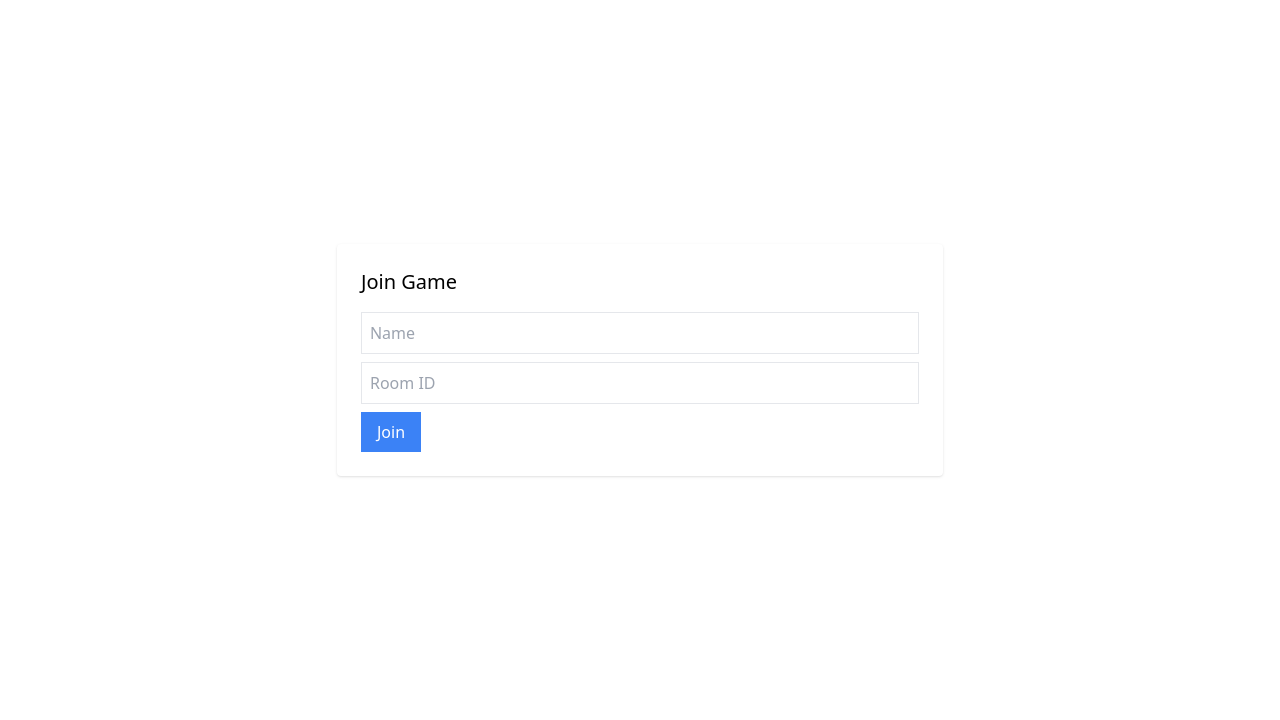
Repository: arpit-925/skibble.io
Page: / (app in client/)
These files come from the project's save history. The page is drawn as it stood at one moment and after the next save; the edit follows.
The browser window is 1280 px wide. The pictures show the whole page.
The page's requests for data from a server got no answer. The project was rebuilt for these pictures with package versions that can differ from the ones it lists, and the page was loaded fresh each time. No one was signed in, and anything a server would have sent is missing. Also part of the build but not shown: client/vite.config.js, client/src/socket/socket.js, client/src/hooks/useSocket.js, client/src/components/Canvas.jsx, client/src/components/Chat.jsx, client/src/components/Scoreboard.jsx, client/src/pages/Room.jsx.

Above is the page before, as saved 2026-04-14 00:56:19.

After the next save:
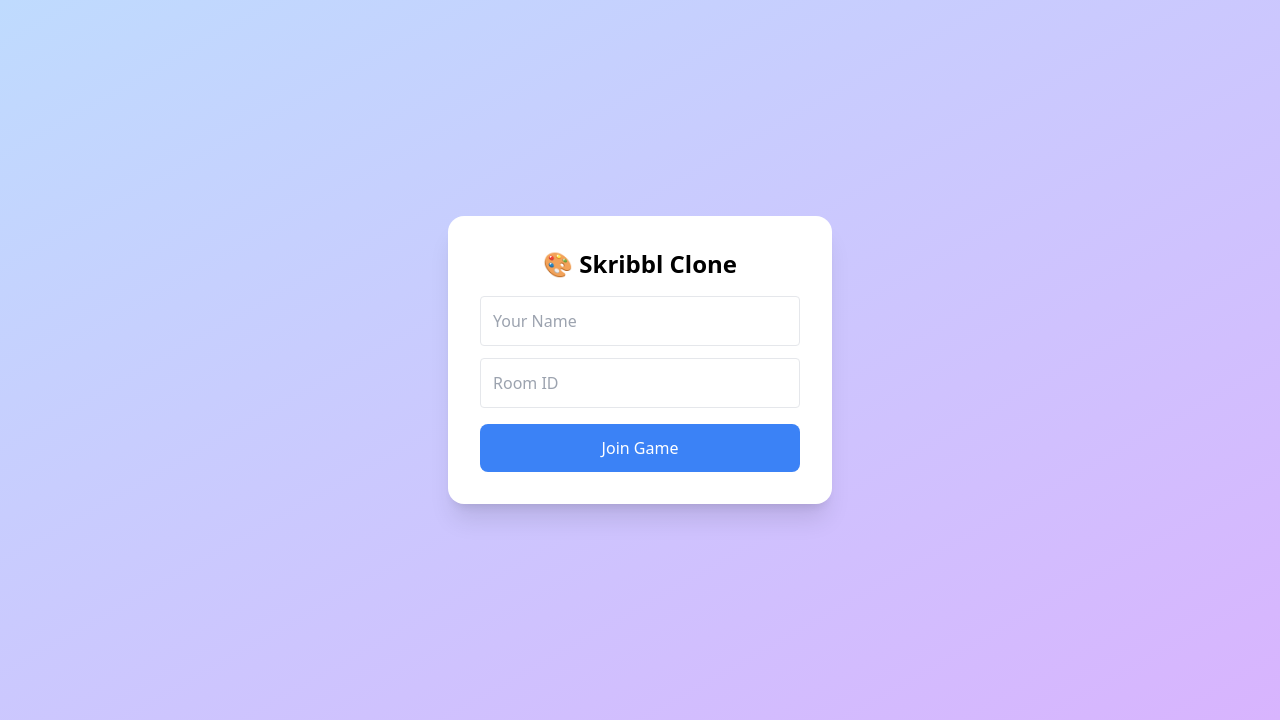
Saved 2 min 19 s later.
--- a/client/src/pages/Home.jsx
+++ b/client/src/pages/Home.jsx
@@ -12,27 +12,27 @@ export default function Home() {
   };
 
   return (
-    <div className="h-screen flex items-center justify-center">
-      <div className="bg-white p-6 shadow rounded">
-        <h1 className="text-xl mb-4">Join Game</h1>
+    <div className="h-screen flex items-center justify-center bg-gradient-to-br from-blue-200 to-purple-300">
+      <div className="bg-white p-8 rounded-2xl shadow-xl w-96 text-center">
+        <h1 className="text-2xl font-bold mb-4">🎨 Skribbl Clone</h1>
 
         <input
-          className="border p-2 mb-2 w-full"
-          placeholder="Name"
+          className="w-full p-3 border rounded mb-3"
+          placeholder="Your Name"
           onChange={(e) => setName(e.target.value)}
         />
 
         <input
-          className="border p-2 mb-2 w-full"
+          className="w-full p-3 border rounded mb-4"
           placeholder="Room ID"
           onChange={(e) => setRoom(e.target.value)}
         />
 
         <button
-          className="bg-blue-500 text-white px-4 py-2"
+          className="w-full bg-blue-500 text-white p-3 rounded-lg"
           onClick={joinRoom}
         >
-          Join
+          Join Game
         </button>
       </div>
     </div>
